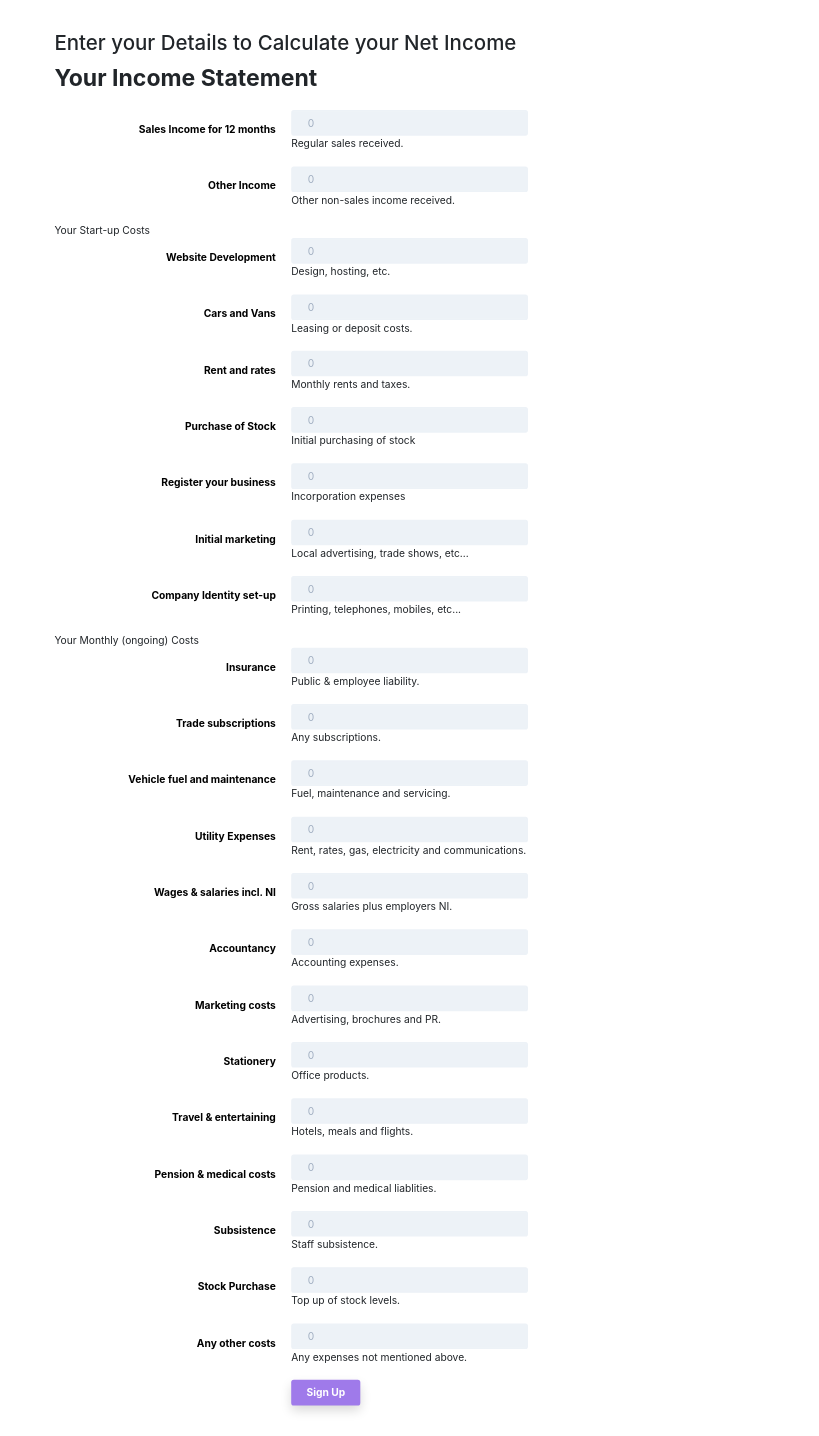
Repository: latenightsnacc/Financial-Forecast
Page: financial-forecast.html
The author's editor kept a copy of each file at every save. The page is drawn from the files as they stood at one save, then again after the next save.
The browser window is 1280 px wide. The pictures show the whole page, at 64% of full size.

Above is the page before, as saved 2020-11-15 14:07:22.

### financial-forecast.html
<!DOCTYPE html>
<html lang="en">
<head>
    <meta charset="UTF-8">
    <meta name="viewport" content="width=device-width, initial-scale=1.0">
    <!--Tailwind CDN-->
    <link rel="stylesheet" href="https://cdnjs.cloudflare.com/ajax/libs/tailwindcss/1.9.6/base.min.css" integrity="sha512-hEjkvMSM0ql6VJcNK0gTmjt9ar8F2yHeBUbJKtyvQhkkbGMhiJ4+MaiB8XxsthLAHJx5vy2I9dN0un8HiWG2LA==" crossorigin="anonymous" />
    <link rel="stylesheet" href="https://cdnjs.cloudflare.com/ajax/libs/tailwindcss/1.9.6/components.min.css" integrity="sha512-TizAONqhvXjEfRPhptSUkZNVU497PzAnXNGNUoeOjeni4dHpJ+ak+ZsyoGna20LH/yg1PvdufN1VbnVQeVDftg==" crossorigin="anonymous" />
    <link rel="stylesheet" href="https://cdnjs.cloudflare.com/ajax/libs/tailwindcss/1.9.6/tailwind.css" integrity="sha512-HY1FOTeAX9idUBWDhVDrBg8QUHBisKVQ4BCVj1jFo5z76mk87w4Rr5YGP8nBkcGmoMzqYvdeXHMOg/olF45z3g==" crossorigin="anonymous" />
    <link rel="stylesheet" href="https://cdnjs.cloudflare.com/ajax/libs/tailwindcss/1.9.6/utilities.min.css" integrity="sha512-0QJfuLKyYJWGB5hKArJW67xqMLDlR8YaLM/ZuW2mRn4NRwHNsGm7UuREc5Fu7jONHyewPKnGODY0N8G+FQbfxg==" crossorigin="anonymous" />
    <!--Bootstrap CDN-->
    <link rel="stylesheet" href="https://cdn.jsdelivr.net/npm/bootstrap@4.5.3/dist/css/bootstrap.min.css" integrity="sha384-TX8t27EcRE3e/ihU7zmQxVncDAy5uIKz4rEkgIXeMed4M0jlfIDPvg6uqKI2xXr2" crossorigin="anonymous">
    <title>Financial Forecast |Resaads Consults - Think Millenial</title>
</head>
<body class="bg-black">
    <div class="container">
        <!--Navigation-->
    </div>
    <div class="wrapper py-5 bg-white">
        <div class="container">
            <h2 class="title">Enter your Details to Calculate your Net Income</h2>
        </div>
        <div class="container">
            <!--FORM-->
            <form class="w-full max-w-none">
            <!--NET INCOME-->
                <div class="font-bold text-4xl mb-6">Your Income Statement</div>
                <!--Sales Income-->
                <div class="md:flex md:items-center mb-6">
                  <div class="md:w-1/3">
                    <label class="block text-black font-bold md:text-right mb-1 md:mb-0 pr-4" for="inline-full-name" placeholder="0">
                      Sales Income for 12 months
                    </label>
                  </div>
                  <div class="md:w-1/3">
                    <input class="bg-gray-200 appearance-none border-2 border-gray-200 rounded w-full py-2 px-4 text-gray-700 leading-tight focus:outline-none focus:bg-white focus:border-grey-500" id="inline-full-name" type="text" placeholder="0">
                    <span class="eg">Regular sales received.</span>
                </div>
                </div>
                <!--Other Income-->
                <div class="md:flex md:items-center mb-6">
                    <div class="md:w-1/3">
                      <label class="block text-black font-bold md:text-right mb-1 md:mb-0 pr-4" for="inline-full-name" placeholder="0">
                        Other Income
                      </label>
                    </div>
                    <div class="md:w-1/3">
                      <input class="bg-gray-200 appearance-none border-2 border-gray-200 rounded w-full py-2 px-4 text-gray-700 leading-tight focus:outline-none focus:bg-white focus:border-grey-500" id="inline-full-name" type="text" placeholder="0">
                      <span class="eg">Other non-sales income received.</span>
                    </div>
                </div>
            <!--STARTUP COSTS-->
                <div class="title">Your Start-up Costs</div>
                <!--Website Development-->
                <div class="md:flex md:items-center mb-6">
                    <div class="md:w-1/3">
                        <label class="block text-black font-bold md:text-right mb-1 md:mb-0 pr-4" for="inline-full-name" placeholder="0">
                            Website Development
                        </label>
                    </div>
                    <div class="md:w-1/3">
                        <input class="bg-gray-200 appearance-none border-2 border-gray-200 rounded w-full py-2 px-4 text-gray-700 leading-tight focus:outline-none focus:bg-white focus:border-grey-500" id="inline-full-name" type="text" placeholder="0">
                        <span class="eg">Design, hosting, etc.</span>
                    </div>
                </div>
                <!--Website Development-->
                <div class="md:flex md:items-center mb-6">
                    <div class="md:w-1/3">
                        <label class="block text-black font-bold md:text-right mb-1 md:mb-0 pr-4" for="inline-full-name" placeholder="0">
                            Cars and Vans
                        </label>
                    </div>
                    <div class="md:w-1/3">
                        <input class="bg-gray-200 appearance-none border-2 border-gray-200 rounded w-full py-2 px-4 text-gray-700 leading-tight focus:outline-none focus:bg-white focus:border-grey-500" id="inline-full-name" type="text" placeholder="0">
                        <span class="eg">Leasing or deposit costs.</span>
                    </div>
                </div>
                <!--Website Development-->
                <div class="md:flex md:items-center mb-6">
                    <div class="md:w-1/3">
                        <label class="block text-black font-bold md:text-right mb-1 md:mb-0 pr-4" for="inline-full-name" placeholder="0">
                            Rent and rates
                        </label>
                    </div>
                    <div class="md:w-1/3">
                        <input class="bg-gray-200 appearance-none border-2 border-gray-200 rounded w-full py-2 px-4 text-gray-700 leading-tight focus:outline-none focus:bg-white focus:border-grey-500" id="inline-full-name" type="text" placeholder="0">
                        <span class="eg">Monthly rents and taxes.</span>
                    </div>

                </div>
                <!--Website Development-->
                <div class="md:flex md:items-center mb-6">
                    <div class="md:w-1/3">
                        <label class="block text-black font-bold md:text-right mb-1 md:mb-0 pr-4" for="inline-full-name" placeholder="0">
                            Purchase of Stock
                        </label>
                    </div>
                    <div class="md:w-1/3">
                        <input class="bg-gray-200 appearance-none border-2 border-gray-200 rounded w-full py-2 px-4 text-gray-700 leading-tight focus:outline-none focus:bg-white focus:border-grey-500" id="inline-full-name" type="text" placeholder="0">
                        <span class="eg">Initial purchasing of stock</span>
                    </div>

                </div>
                <!--Website Development-->
                <div class="md:flex md:items-center mb-6">
                    <div class="md:w-1/3">
                        <label class="block text-black font-bold md:text-right mb-1 md:mb-0 pr-4" for="inline-full-name" placeholder="0">
                            Register your business
                        </label>
                    </div>
                    <div class="md:w-1/3">
                        <input class="bg-gray-200 appearance-none border-2 border-gray-200 rounded w-full py-2 px-4 text-gray-700 leading-tight focus:outline-none focus:bg-white focus:border-grey-500" id="inline-full-name" type="text" placeholder="0">
                        <span class="eg">Incorporation expenses</span>
                    </div>

                </div>
                <!--Website Development-->
                <div class="md:flex md:items-center mb-6">
                    <div class="md:w-1/3">
                        <label class="block text-black font-bold md:text-right mb-1 md:mb-0 pr-4" for="inline-full-name" placeholder="0">
                            Initial marketing
                        </label>
                    </div>
                    <div class="md:w-1/3">
                        <input class="bg-gray-200 appearance-none border-2 border-gray-200 rounded w-full py-2 px-4 text-gray-700 leading-tight focus:outline-none focus:bg-white focus:border-grey-500" id="inline-full-name" type="text" placeholder="0">
                        <span class="eg">Local advertising, trade shows, etc...</span>
                    </div>
                </div>
                <!--Website Development-->
                <div class="md:flex md:items-center mb-6">
                    <div class="md:w-1/3">
                        <label class="block text-black font-bold md:text-right mb-1 md:mb-0 pr-4" for="inline-full-name" placeholder="0">
                            Company Identity set-up
                        </label>
                    </div>
                    <div class="md:w-1/3">
                        <input class="bg-gray-200 appearance-none border-2 border-gray-200 rounded w-full py-2 px-4 text-gray-700 leading-tight focus:outline-none focus:bg-white focus:border-grey-500" id="inline-full-name" type="text" placeholder="0">
                        <span class="eg">Printing, telephones, mobiles, etc...</span>
                    </div>
                </div>
            <!--MONTHLY COSTS-->
                <div class="title">Your Monthly (ongoing) Costs</div>
                <!--Website Development-->
                <div class="md:flex md:items-center mb-6">
                    <div class="md:w-1/3">
                        <label class="block text-black font-bold md:text-right mb-1 md:mb-0 pr-4" for="inline-full-name" placeholder="0">
                            Insurance
                        </label>
                    </div>
                    <div class="md:w-1/3">
                        <input class="bg-gray-200 appearance-none border-2 border-gray-200 rounded w-full py-2 px-4 text-gray-700 leading-tight focus:outline-none focus:bg-white focus:border-grey-500" id="inline-full-name" type="text" placeholder="0">
                        <span class="eg">Public & employee liability.</span>
                    </div>
                </div>
                <!--Website Development-->
                <div class="md:flex md:items-center mb-6">
                    <div class="md:w-1/3">
                        <label class="block text-black font-bold md:text-right mb-1 md:mb-0 pr-4" for="inline-full-name" placeholder="0">
                            Trade subscriptions
                        </label>
                    </div>
                    <div class="md:w-1/3">
                        <input class="bg-gray-200 appearance-none border-2 border-gray-200 rounded w-full py-2 px-4 text-gray-700 leading-tight focus:outline-none focus:bg-white focus:border-grey-500" id="inline-full-name" type="text" placeholder="0">
                        <span class="eg">Any subscriptions.</span>
                    </div>
                </div>
                <!--Website Development-->
                <div class="md:flex md:items-center mb-6">
                    <div class="md:w-1/3">
                        <label class="block text-black font-bold md:text-right mb-1 md:mb-0 pr-4" for="inline-full-name" placeholder="0">
                            Vehicle fuel and maintenance
                        </label>
                    </div>
                    <div class="md:w-1/3">
                        <input class="bg-gray-200 appearance-none border-2 border-gray-200 rounded w-full py-2 px-4 text-gray-700 leading-tight focus:outline-none focus:bg-white focus:border-grey-500" id="inline-full-name" type="text" placeholder="0">
                        <span class="eg">Fuel, maintenance and servicing.</span>
                    </div>

                </div>
                <!--Website Development-->
                <div class="md:flex md:items-center mb-6">
                    <div class="md:w-1/3">
                        <label class="block text-black font-bold md:text-right mb-1 md:mb-0 pr-4" for="inline-full-name" placeholder="0">
                            Utility Expenses
                        </label>
                    </div>
                    <div class="md:w-1/3">
                        <input class="bg-gray-200 appearance-none border-2 border-gray-200 rounded w-full py-2 px-4 text-gray-700 leading-tight focus:outline-none focus:bg-white focus:border-grey-500" id="inline-full-name" type="text" placeholder="0">
                        <span class="eg">Rent, rates, gas, electricity and communications.</span>
                    </div>

                </div>
                <!--Website Development-->
                <div class="md:flex md:items-center mb-6">
                    <div class="md:w-1/3">
                        <label class="block text-black font-bold md:text-right mb-1 md:mb-0 pr-4" for="inline-full-name" placeholder="0">
                            Wages & salaries incl. NI
                        </label>
                    </div>
                    <div class="md:w-1/3">
                        <input class="bg-gray-200 appearance-none border-2 border-gray-200 rounded w-full py-2 px-4 text-gray-700 leading-tight focus:outline-none focus:bg-white focus:border-grey-500" id="inline-full-name" type="text" placeholder="0">
                        <span class="eg">Gross salaries plus employers NI.</span>
                    </div>

                </div>
                <!--Website Development-->
                <div class="md:flex md:items-center mb-6">
                    <div class="md:w-1/3">
                        <label class="block text-black font-bold md:text-right mb-1 md:mb-0 pr-4" for="inline-full-name" placeholder="0">
                            Accountancy
                        </label>
                    </div>
                    <div class="md:w-1/3">
                        <input class="bg-gray-200 appearance-none border-2 border-gray-200 rounded w-full py-2 px-4 text-gray-700 leading-tight focus:outline-none focus:bg-white focus:border-grey-500" id="inline-full-name" type="text" placeholder="0">
                        <span class="eg">Accounting expenses.</span>
                    </div>
                </div>
                <!--Website Development-->
                <div class="md:flex md:items-center mb-6">
                    <div class="md:w-1/3">
                        <label class="block text-black font-bold md:text-right mb-1 md:mb-0 pr-4" for="inline-full-name" placeholder="0">
                           Marketing costs
                        </label>
                    </div>
                    <div class="md:w-1/3">
                        <input class="bg-gray-200 appearance-none border-2 border-gray-200 rounded w-full py-2 px-4 text-gray-700 leading-tight focus:outline-none focus:bg-white focus:border-grey-500" id="inline-full-name" type="text" placeholder="0">
                        <span class="eg">Advertising, brochures and PR.</span>
                    </div>
                </div>
                <!--Website Development-->
                <div class="md:flex md:items-center mb-6">
                    <div class="md:w-1/3">
                        <label class="block text-black font-bold md:text-right mb-1 md:mb-0 pr-4" for="inline-full-name" placeholder="0">
                            Stationery
                        </label>
                    </div>
                    <div class="md:w-1/3">
                        <input class="bg-gray-200 appearance-none border-2 border-gray-200 rounded w-full py-2 px-4 text-gray-700 leading-tight focus:outline-none focus:bg-white focus:border-grey-500" id="inline-full-name" type="text" placeholder="0">
                        <span class="eg">Office products.</span>
                    </div>
                </div>
                <!--Website Development-->
                <div class="md:flex md:items-center mb-6">
                    <div class="md:w-1/3">
                        <label class="block text-black font-bold md:text-right mb-1 md:mb-0 pr-4" for="inline-full-name" placeholder="0">
                            Travel & entertaining
                        </label>
                    </div>
                    <div class="md:w-1/3">
                        <input class="bg-gray-200 appearance-none border-2 border-gray-200 rounded w-full py-2 px-4 text-gray-700 leading-tight focus:outline-none focus:bg-white focus:border-grey-500" id="inline-full-name" type="text" placeholder="0">
                        <span class="eg">Hotels, meals and flights.</span>
                    </div>
                </div>
                <!--Website Development-->
                <div class="md:flex md:items-center mb-6">
                    <div class="md:w-1/3">
                        <label class="block text-black font-bold md:text-right mb-1 md:mb-0 pr-4" for="inline-full-name" placeholder="0">
                            Pension & medical costs
                        </label>
                    </div>
                    <div class="md:w-1/3">
                        <input class="bg-gray-200 appearance-none border-2 border-gray-200 rounded w-full py-2 px-4 text-gray-700 leading-tight focus:outline-none focus:bg-white focus:border-grey-500" id="inline-full-name" type="text" placeholder="0">
                        <span class="eg">Pension and medical liablities.</span>
                    </div>
                </div>
                <!--Website Development-->
                <div class="md:flex md:items-center mb-6">
                    <div class="md:w-1/3">
                        <label class="block text-black font-bold md:text-right mb-1 md:mb-0 pr-4" for="inline-full-name" placeholder="0">
                            Subsistence
                        </label>
                    </div>
                    <div class="md:w-1/3">
                        <input class="bg-gray-200 appearance-none border-2 border-gray-200 rounded w-full py-2 px-4 text-gray-700 leading-tight focus:outline-none focus:bg-white focus:border-grey-500" id="inline-full-name" type="text" placeholder="0">
                        <span class="eg">Staff subsistence.</span>
                    </div>
                </div>
                <!--Website Development-->
                <div class="md:flex md:items-center mb-6">
                    <div class="md:w-1/3">
                        <label class="block text-black font-bold md:text-right mb-1 md:mb-0 pr-4" for="inline-full-name" placeholder="0">
                            Stock Purchase
                        </label>
                    </div>
                    <div class="md:w-1/3">
                        <input class="bg-gray-200 appearance-none border-2 border-gray-200 rounded w-full py-2 px-4 text-gray-700 leading-tight focus:outline-none focus:bg-white focus:border-grey-500" id="inline-full-name" type="text" placeholder="0">
                        <span class="eg">Top up of stock levels.</span>
                    </div>
                </div>
                <!--Website Development-->
                <div class="md:flex md:items-center mb-6">
                    <div class="md:w-1/3">
                        <label class="block text-black font-bold md:text-right mb-1 md:mb-0 pr-4" for="inline-full-name" placeholder="0">
                            Any other costs
                        </label>
                    </div>
                    <div class="md:w-1/3">
                        <input class="bg-gray-200 appearance-none border-2 border-gray-200 rounded w-full py-2 px-4 text-gray-700 leading-tight focus:outline-none focus:bg-white focus:border-grey-500" id="inline-full-name" type="text" placeholder="0">
                        <span class="eg">Any expenses not mentioned above.</span>
                    </div>
                </div>
                <!--Calculate Button-->
                <div class="md:flex md:items-center">
                    <div class="md:w-1/3"></div>
                    <div class="md:w-2/3">
                      <button class="shadow bg-purple-500 hover:bg-purple-400 focus:shadow-outline focus:outline-none text-white font-bold py-2 px-4 rounded" type="button">
                        Sign Up
                      </button>
                    </div>
                  </div>
            </form>
        </div>
    </div>
    <!--Bootstrap Scripts-->
    <script src="https://code.jquery.com/jquery-3.5.1.slim.min.js" integrity="sha384-DfXdz2htPH0lsSSs5nCTpuj/zy4C+OGpamoFVy38MVBnE+IbbVYUew+OrCXaRkfj" crossorigin="anonymous"></script>
    <script src="https://cdn.jsdelivr.net/npm/popper.js@1.16.1/dist/umd/popper.min.js" integrity="sha384-9/reFTGAW83EW2RDu2S0VKaIzap3H66lZH81PoYlFhbGU+6BZp6G7niu735Sk7lN" crossorigin="anonymous"></script>
    <script src="https://cdn.jsdelivr.net/npm/bootstrap@4.5.3/dist/js/bootstrap.min.js" integrity="sha384-w1Q4orYjBQndcko6MimVbzY0tgp4pWB4lZ7lr30WKz0vr/aWKhXdBNmNb5D92v7s" crossorigin="anonymous"></script>
</body>
</html>

After the next save:
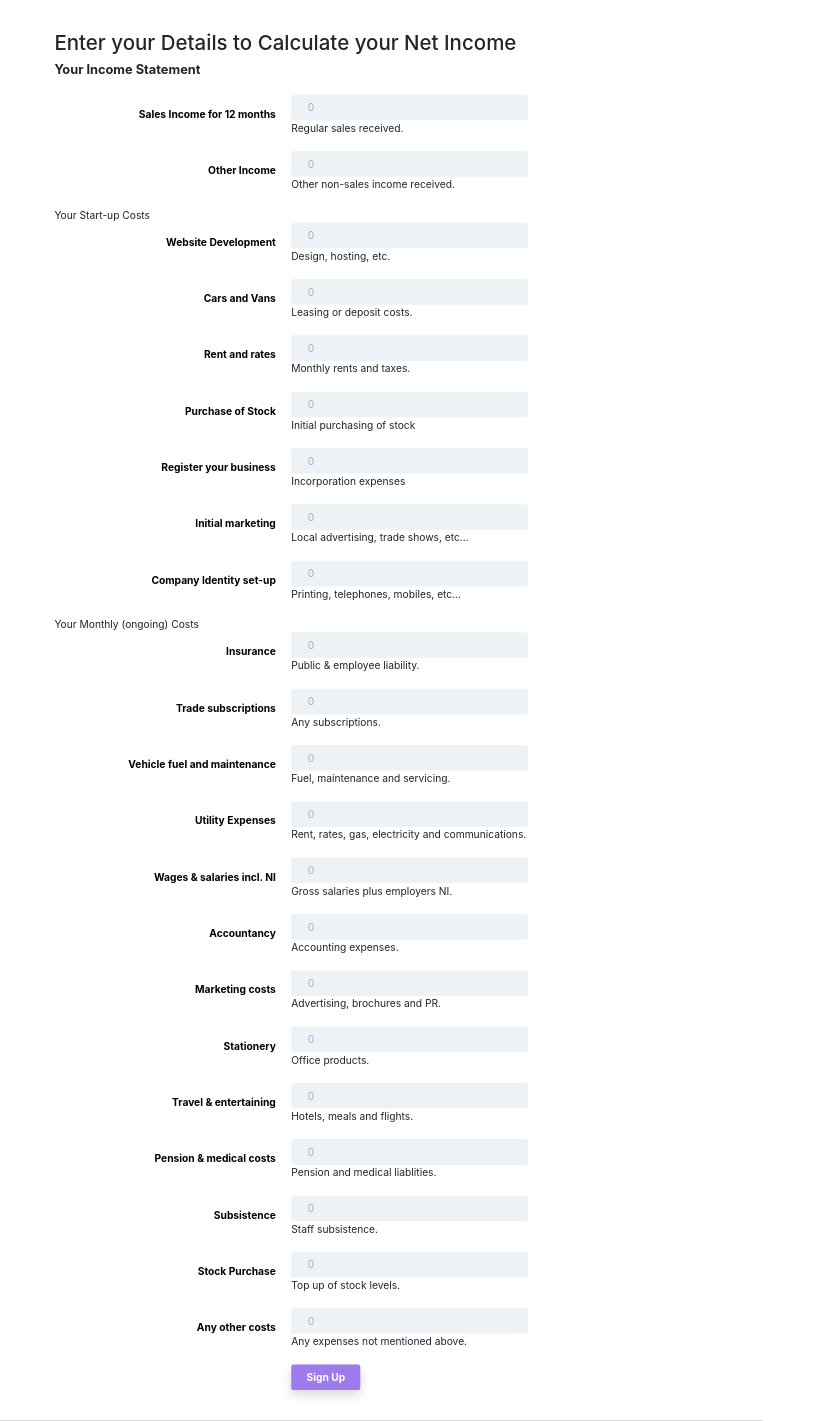
Saved 25 s later.
--- a/financial-forecast.html
+++ b/financial-forecast.html
@@ -24,7 +24,7 @@
             <!--FORM-->
             <form class="w-full max-w-none">
             <!--NET INCOME-->
-                <div class="font-bold text-4xl mb-6">Your Income Statement</div>
+                <div class="font-bold text-xl mb-6">Your Income Statement</div>
                 <!--Sales Income-->
                 <div class="md:flex md:items-center mb-6">
                   <div class="md:w-1/3">
